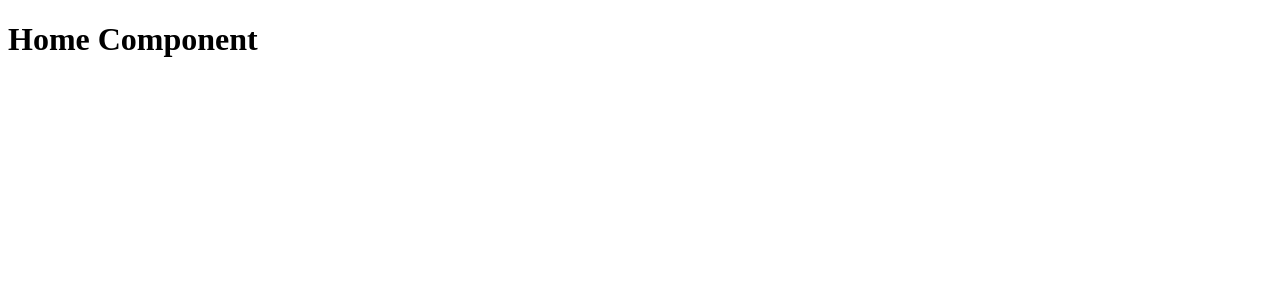
Repository: ymw0331/shop-hub
Page: / (app in client/)
An editor plug-in stored every save of this project. The page is shown before and after the next save, followed by the edit.
The browser window is 1280 px wide. The pictures show the whole page.
The project was rebuilt for these pictures with package versions that can differ from the ones it lists, and the page was loaded fresh each time. Also part of the build but not shown: client/src/pages/Register.jsx.

Above is the page before, as saved 2023-01-05 00:46:24.

### client/src/App.js
import Home from './pages/Home';
import Login from './pages/Login';
import Register from './pages/Register';

export default function App ()
{
  return (
    <Home />
  );
}

### client/src/pages/Home.jsx
export default function Home ()
{
  return (
    <div>
      <h1>Home Component</h1>
    </div>
  );
}

### client/src/pages/Login.jsx
export default function Login ()
{
  return (
    <div>
      <h1>Login Component</h1>
    </div>
  );
}

Loaded but not shown: client/src/index.js (common file); client/src/reportWebVitals.js (common file)

After the next save:
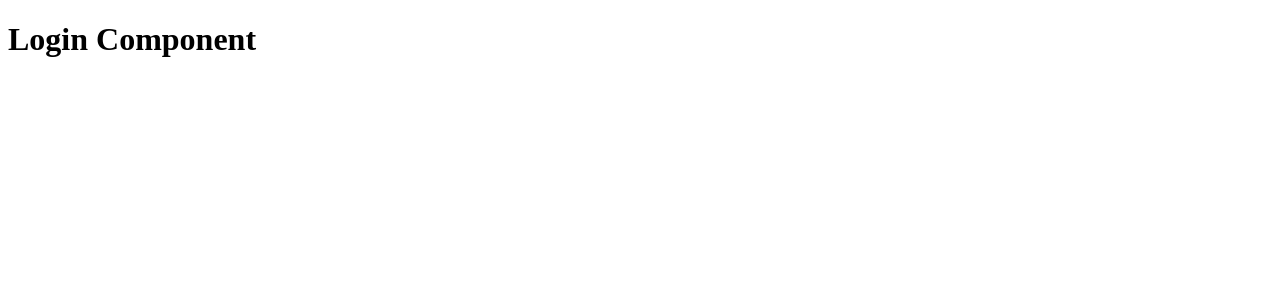
Saved 6 s later.
--- a/client/src/App.js
+++ b/client/src/App.js
@@ -5,6 +5,6 @@
 export default function App ()
 {
   return (
-    <Home />
+    <Login />
   );
 }

After the save that followed:
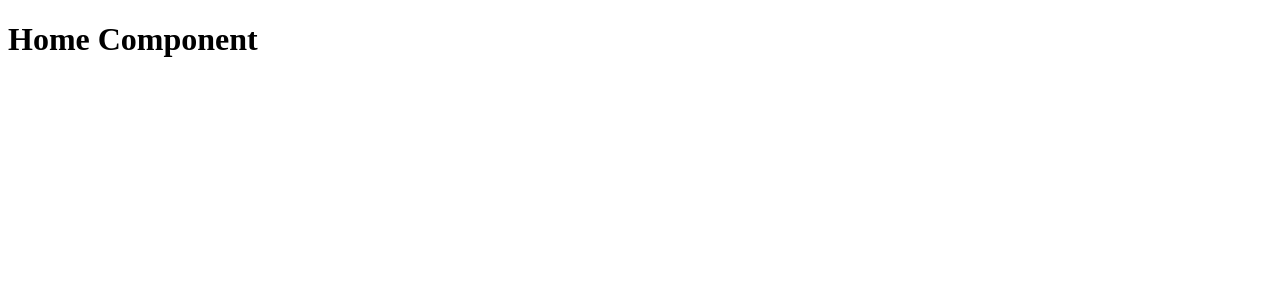
Saved 5 s later.
--- a/client/src/App.js
+++ b/client/src/App.js
@@ -5,6 +5,6 @@
 export default function App ()
 {
   return (
-    <Login />
+    <Home />
   );
 }
